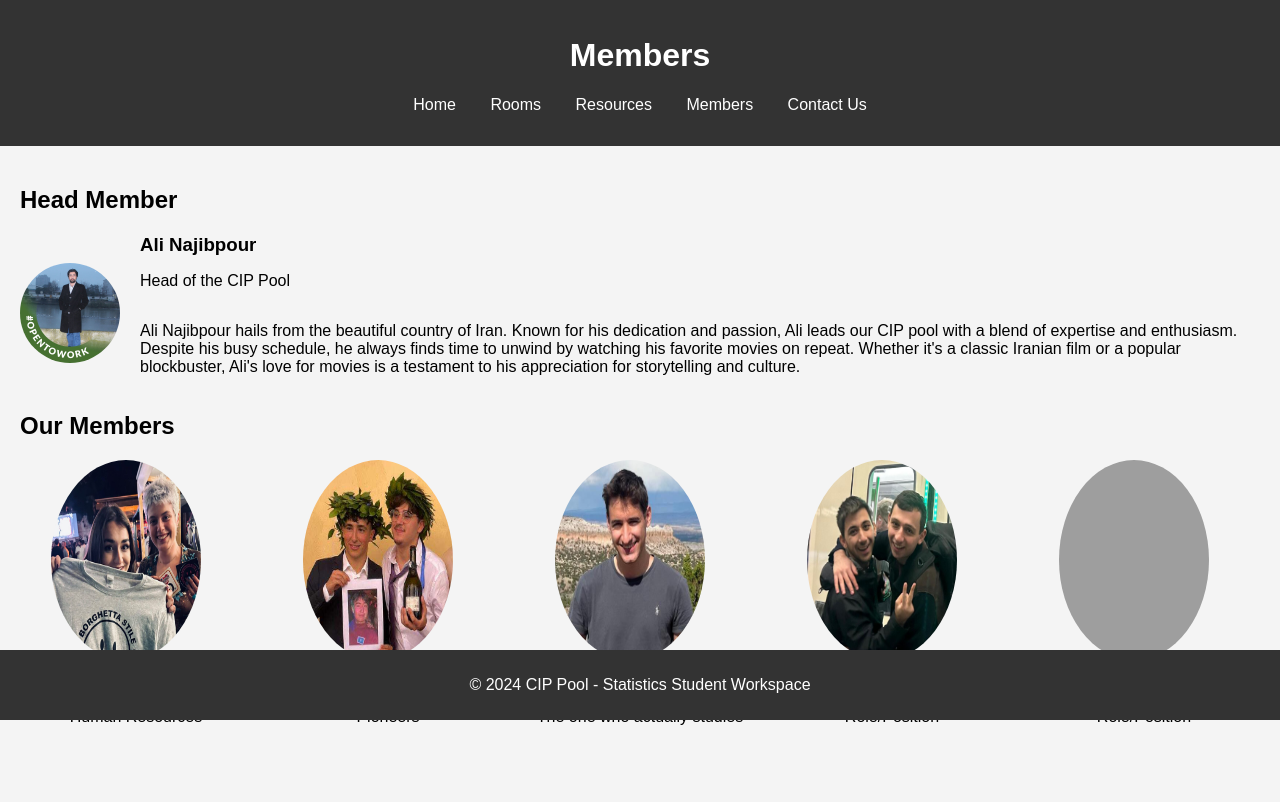
Repository: anjalisarawgi/cip_website
Page: members.html
The author's editor kept a copy of each file at every save. The page is drawn from the files as they stood at one save, then again after the next save.
The browser window is 1280 px wide. The pictures show the whole page.
Pictures or frames that could not be fetched are drawn as grey boxes.

Above is the page before, as saved 2024-06-14 12:01:11.

After the next save:
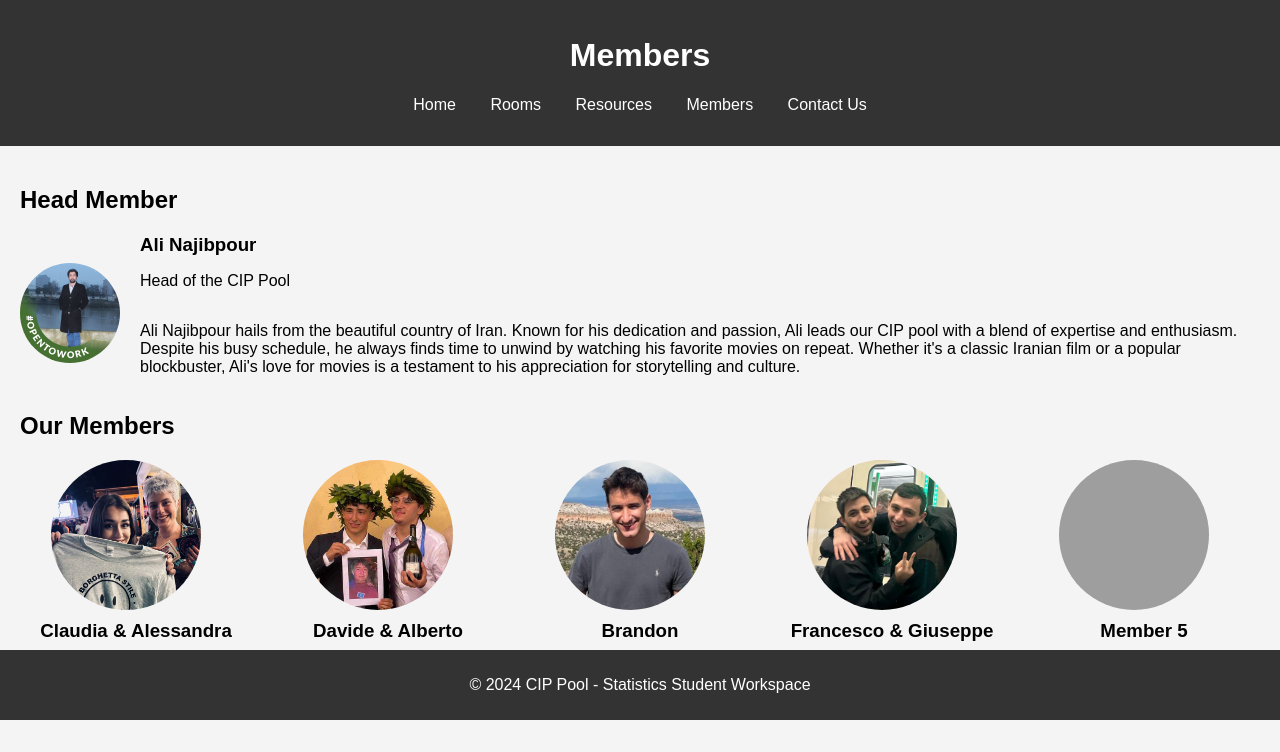
Saved 24 s later.
--- a/styles.css
+++ b/styles.css
@@ -81,7 +81,7 @@ section {
 
 .members-grid .member-photo {
     width: 150px;
-    height: 200px;
+    height: 150px;
     margin-bottom: 10px;
 }
 
